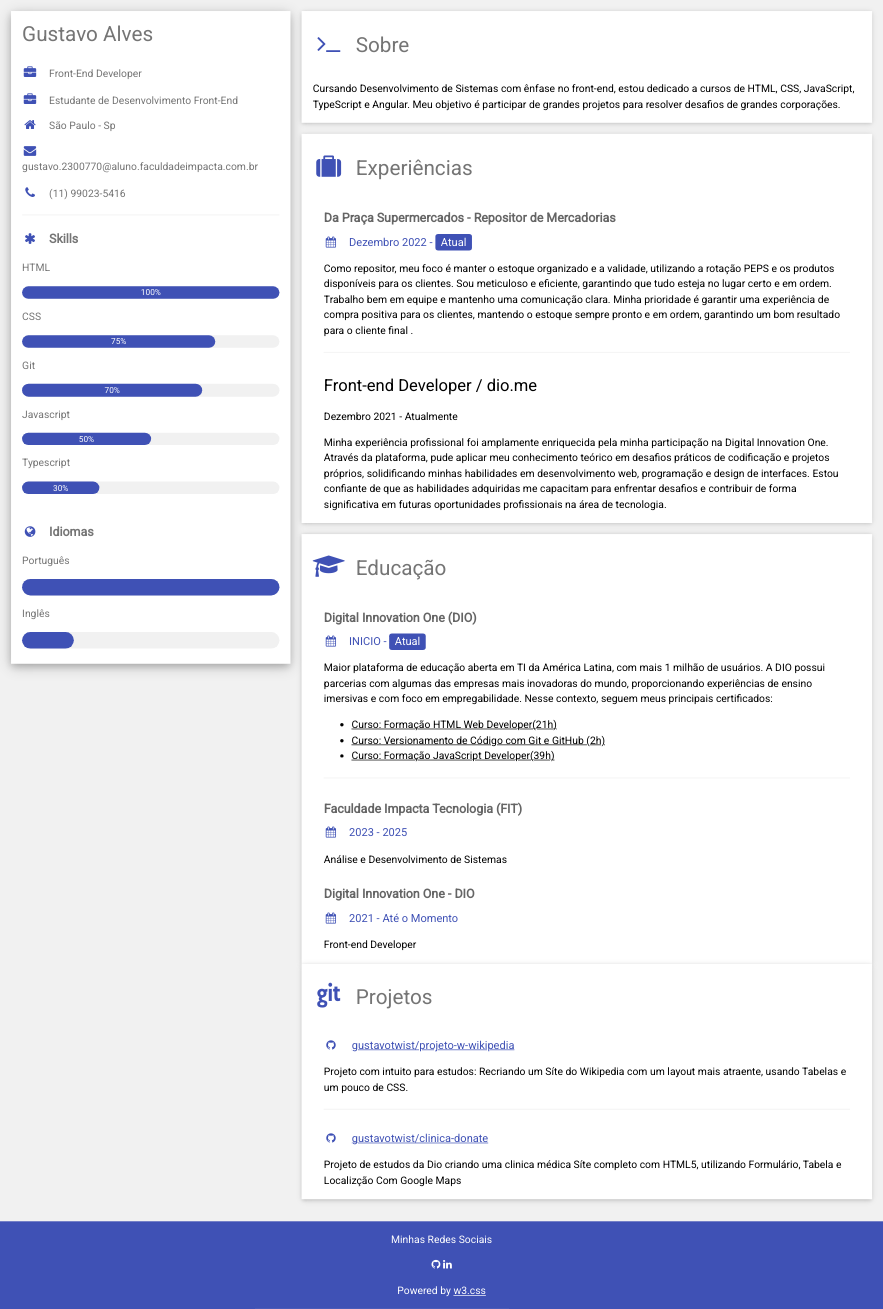
Repository: gustavotwist/cv
Page: index.html
The author's editor kept a copy of each file at every save. The page is drawn from the files as they stood at one save, then again after a run of saves.
The browser window is 1280 px wide. The pictures show the whole page, at 69% of full size.

Above is the page before, as saved 2024-06-19 22:16:55.

### index.html
<!DOCTYPE html>
<!-- @falvojr: Reference article https://www.w3schools.com/howto/howto_website_create_resume.asp -->
<!-- @falvojr: Useful link to use fontawesome (fa) icons: https://fontawesome.com/v4/icons/ -->
<html lang="pt-BR">

  <head>
    <title>Gustavo Alves</title>

    <meta http-equiv="Content-Type" content="text/html; charset=UTF-8">
    <meta name="viewport" content="width=device-width, initial-scale=1">

    <link rel="stylesheet" href="https://www.w3schools.com/w3css/4/w3.css">
    <link rel='stylesheet' href='https://fonts.googleapis.com/css?family=Roboto'>
    <link rel="stylesheet" href="https://cdnjs.cloudflare.com/ajax/libs/font-awesome/4.7.0/css/font-awesome.min.css">

    <style>
      html,body,h1,h2,h3,h4,h5,h6 {font-family: "Roboto", sans-serif}
    </style>

  </head>

  <body class="w3-light-grey" cz-shortcut-listen="true">

    <!-- Page Container -->
    <div class="w3-content w3-margin-top" style="max-width:1400px;">

      <!-- The Grid -->
      <div class="w3-row-padding">

        <!-- Left Column -->
        <div class="w3-third">

          <div class="w3-white w3-text-grey w3-card-4">
            <!-- @falvojr: This container has been modified to not use a profile picture. -->
            <div class="w3-container">
              <h2>Gustavo Alves</h2>
            </div>
            <div class="w3-container">
              <p><i class="fa fa-briefcase fa-fw w3-margin-right w3-large w3-text-indigo"></i>Front-End Developer</p>
              <p><i class="fa fa-briefcase fa-fw w3-margin-right w3-large w3-text-indigo"></i>Estudante de Desenvolvimento Front-End</p>
              <p><i class="fa fa-home fa-fw w3-margin-right w3-large w3-text-indigo"></i>São Paulo - Sp</p>
              <p><i class="fa fa-envelope fa-fw w3-margin-right w3-large w3-text-indigo"></i>gustavo.2300770@aluno.faculdadeimpacta.com.br</p>
              <p><i class="fa fa-phone fa-fw w3-margin-right w3-large w3-text-indigo"></i>(11) 99023-5416</p>
              <hr>

              <p class="w3-large">
                <b><i class="fa fa-asterisk fa-fw w3-margin-right w3-text-indigo"></i>Skills</b>
              </p>
              <p>HTML</p>
              <div class="w3-light-grey w3-round-xlarge w3-small">
                <div class="w3-container w3-center w3-round-xlarge w3-indigo" style="width:100%">100%</div>
              </div>
              <p>CSS</p>
              <div class="w3-light-grey w3-round-xlarge w3-small">
                <div class="w3-container w3-center w3-round-xlarge w3-indigo" style="width:75%">75%</div>
              </div>
              <p>Git</p>
              <div class="w3-light-grey w3-round-xlarge w3-small">
                <div class="w3-container w3-center w3-round-xlarge w3-indigo" style="width:70%">70%</div>
              </div>
              <p>Javascript</p>
              <div class="w3-light-grey w3-round-xlarge w3-small">
                <div class="w3-container w3-center w3-round-xlarge w3-indigo" style="width:50%">50%</div>
              </div>
              <p>Typescript</p>
              <div class="w3-light-grey w3-round-xlarge w3-small">
                <div class="w3-container w3-center w3-round-xlarge w3-indigo" style="width:30%">30%</div>
              </div>
              <br>
              <p class="w3-large w3-text-theme">
                <b><i class="fa fa-globe fa-fw w3-margin-right w3-text-indigo"></i>Idiomas</b>
              </p>
              <p>Português</p>
              <div class="w3-light-grey w3-round-xlarge">
                <div class="w3-round-xlarge w3-indigo" style="height:24px;width:100%"></div>
              </div>
              <p>Inglês</p>
              <div class="w3-light-grey w3-round-xlarge">
                <div class="w3-round-xlarge w3-indigo" style="height:24px;width:20%"></div>
              </div>
              <br>
            </div>
          </div><br>

          <!-- End Left Column -->
        </div>

        <!-- Right Column -->
        <div class="w3-twothird">

          <div class="w3-container w3-card w3-white w3-margin-bottom">
            <h2 class="w3-text-grey w3-padding-16"><i class="fa fa-terminal fa-fw w3-margin-right w3-xxlarge w3-text-indigo"></i>Sobre</h2>
            <p>Cursando Desenvolvimento de Sistemas com ênfase no front-end, estou dedicado a cursos de HTML, CSS, JavaScript, TypeScript e Angular. Meu objetivo é participar de grandes projetos para resolver desafios de grandes corporações.</p>
          </div>

          <div class="w3-container w3-card w3-white w3-margin-bottom">
            <h2 class="w3-text-grey w3-padding-16">
              <i class="fa fa-suitcase fa-fw w3-margin-right w3-xxlarge w3-text-indigo"></i>Experiências
            </h2>
            <div class="w3-container">
              <h5 class="w3-opacity"><b>Da Praça Supermercados - Repositor de Mercadorias</b></h5>
              <h6 class="w3-text-indigo"><i class="fa fa-calendar fa-fw w3-margin-right"></i>Dezembro 2022 - <span class="w3-tag w3-indigo w3-round">Atual</span></h6>
              <p>Como repositor, meu foco é manter o estoque organizado e a validade, utilizando a rotação PEPS e os produtos disponíveis para os clientes. Sou meticuloso e eficiente, garantindo que tudo esteja no lugar certo e em ordem. Trabalho bem em equipe e mantenho uma comunicação clara. Minha prioridade é garantir uma experiência de compra positiva para os clientes, mantendo o estoque sempre pronto e em ordem, garantindo um bom resultado para o cliente final .</p>
              <hr>
            </div>
            <div class="w3-container">
              <h5 class="w3-opacity"><b></b>
                <h3 class="title">Front-end Developer / dio.me</h3>
                <p class="period">Dezembro 2021 - Atualmente</p>
                <p>
                    Minha experiência profissional foi amplamente enriquecida pela minha participação na Digital Innovation One. Através da plataforma, pude aplicar meu conhecimento teórico em desafios práticos de codificação e projetos próprios, solidificando minhas habilidades em desenvolvimento web, programação e design de interfaces. Estou confiante de que as habilidades adquiridas me capacitam para enfrentar desafios e contribuir de forma significativa em futuras oportunidades profissionais na área de tecnologia.
                </p>
            </h5>
            </div>
          </div>

          <div class="w3-container w3-card w3-white">
            <h2 class="w3-text-grey w3-padding-16">
              <i class="fa fa-graduation-cap fa-fw w3-margin-right w3-xxlarge w3-text-indigo"></i>Educação
            </h2>
            <div class="w3-container">
              <h5 class="w3-opacity"><b>Digital Innovation One (DIO)</b></h5>
              <h6 class="w3-text-indigo"><i class="fa fa-calendar fa-fw w3-margin-right"></i>INICIO - <span class="w3-tag w3-indigo w3-round">Atual</span></h6>
              <p>
                Maior plataforma de educação aberta em TI da América Latina, com mais 1 milhão de usuários.
                A DIO possui parcerias com algumas das empresas mais inovadoras do mundo, proporcionando experiências
                de ensino imersivas e com foco em empregabilidade. Nesse contexto, seguem meus principais certificados:
              </p>
              <ul>
                <li><a href="https://www.dio.me/certificate/VDSNYTO5" target="_blank">Curso: Formação HTML Web Developer(21h)</a></li>
                <li><a href="https://www.dio.me/certificate/EA66CA6A" target="_blank">Curso: Versionamento de Código com Git e GitHub (2h)</a></li>
                <li><a href="https://www.dio.me/certificate/OST0WIWG" target="_blank">Curso: Formação JavaScript Developer(39h)</a></li>
              </ul>
              <hr>
            </div>
            <div class="w3-container">
              <h5 class="w3-opacity"><b>Faculdade Impacta Tecnologia (FIT)</b></h5>
              <h6 class="w3-text-indigo"><i class="fa fa-calendar fa-fw w3-margin-right"></i>2023 - 2025</h6>
              <p>Análise e Desenvolvimento de Sistemas</p>
            </div>
            <div class="w3-container">
              <h5 class="w3-opacity"><b>Digital Innovation One - DIO</b></h5>
              <h6 class="w3-text-indigo"><i class="fa fa-calendar fa-fw w3-margin-right"></i>2021 - Até o Momento</h6>
              <p>Front-end Developer</p>
            </div>
          </div>

          <div class="w3-container w3-card w3-white w3-margin-bottom">
            <h2 class="w3-text-grey w3-padding-16">
              <i class="fa fa-git fa-fw w3-margin-right w3-xxlarge w3-text-indigo"></i>Projetos
            </h2>
            <div class="w3-container">
              <h6 class="w3-text-indigo">
                <i class="fa fa-github fa-fw w3-margin-right"></i>
                <a href="https://github.com/gustavotwist/projeto-w-wikipedia" target="_blank">gustavotwist/projeto-w-wikipedia</a>
              </h6>
              <p>Projeto com intuito para estudos: Recriando um Síte do Wikipedia com um layout mais atraente, usando Tabelas e um pouco de CSS.</p>
              <hr>
            </div>
            <div class="w3-container">
              <h6 class="w3-text-indigo">
                <i class="fa fa-github fa-fw w3-margin-right"></i>
                <a href="https://github.com/gustavotwist/clinica-donate" target="_blank">gustavotwist/clinica-donate</a>
              </h6>
              <p>Projeto de estudos da Dio criando uma clinica médica Síte completo com HTML5, utilizando Formulário, Tabela e Localizção Com Google Maps</p>
            </div>
          </div>

          <!-- End Right Column -->
        </div>

        <!-- End Grid -->
      </div>

      <!-- End Page Container -->
    </div>

    <footer class="w3-container w3-indigo w3-center w3-margin-top">
      <p>Minhas Redes Sociais</p>
      <a href="https://github.com/gustavotwist" target="_blank"><i class="fa fa-github w3-hover-opacity"></i></a>
      <a href="https://www.linkedin.com/in/gustavoalves7/" target="_blank"><i class="fa fa-linkedin w3-hover-opacity"></i></a>
      <p>Powered by <a href="https://www.w3schools.com/w3css/default.asp" target="_blank">w3.css</a></p>
    </footer>

  </body>

</html>

After the next 3 saves:
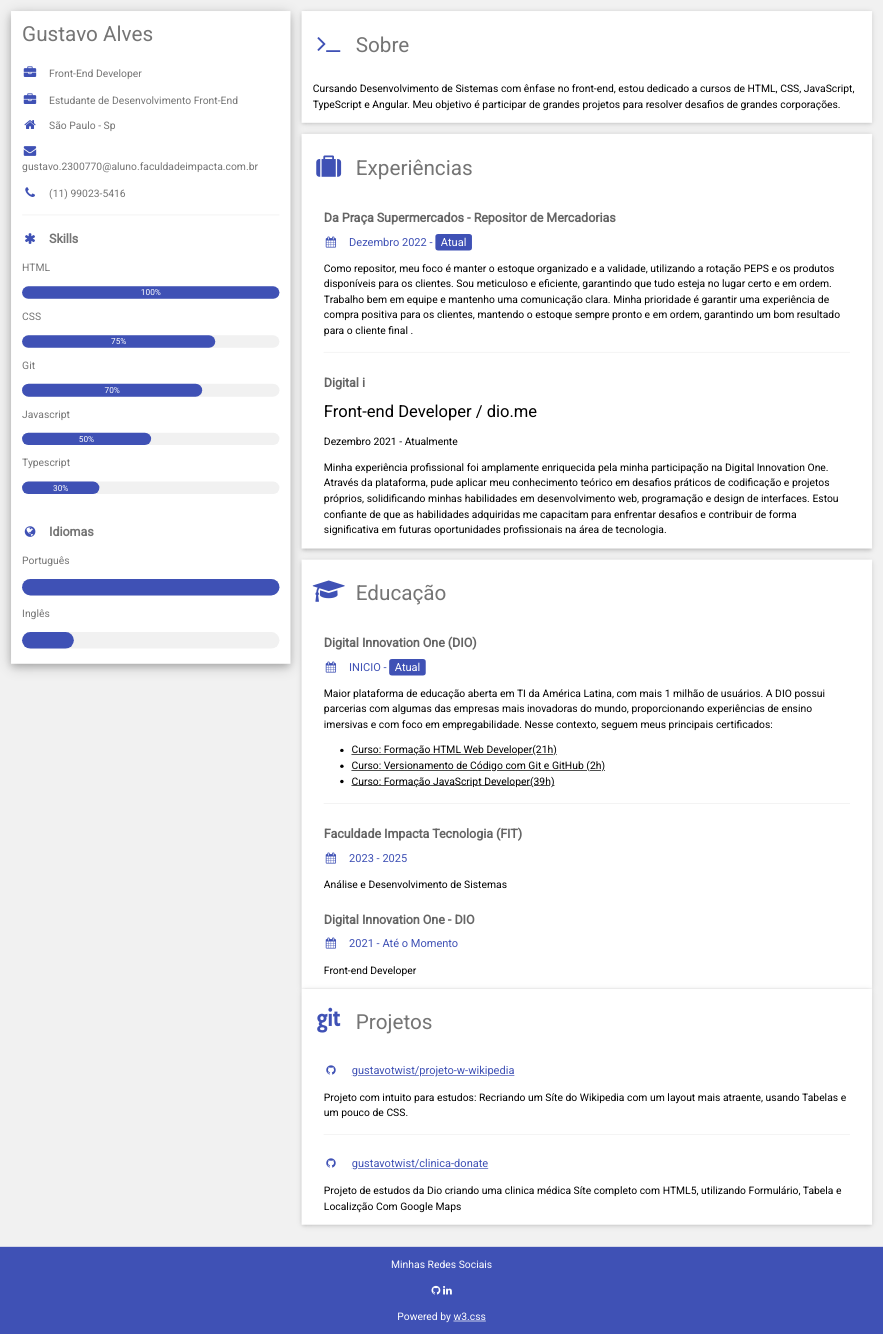
The 3 saves are shown as one change because they came seconds apart.
The last was saved 15 s later.
--- a/index.html
+++ b/index.html
@@ -104,7 +104,7 @@
               <hr>
             </div>
             <div class="w3-container">
-              <h5 class="w3-opacity"><b></b>
+              <h5 class="w3-opacity"><b>Digital i</b>
                 <h3 class="title">Front-end Developer / dio.me</h3>
                 <p class="period">Dezembro 2021 - Atualmente</p>
                 <p>
